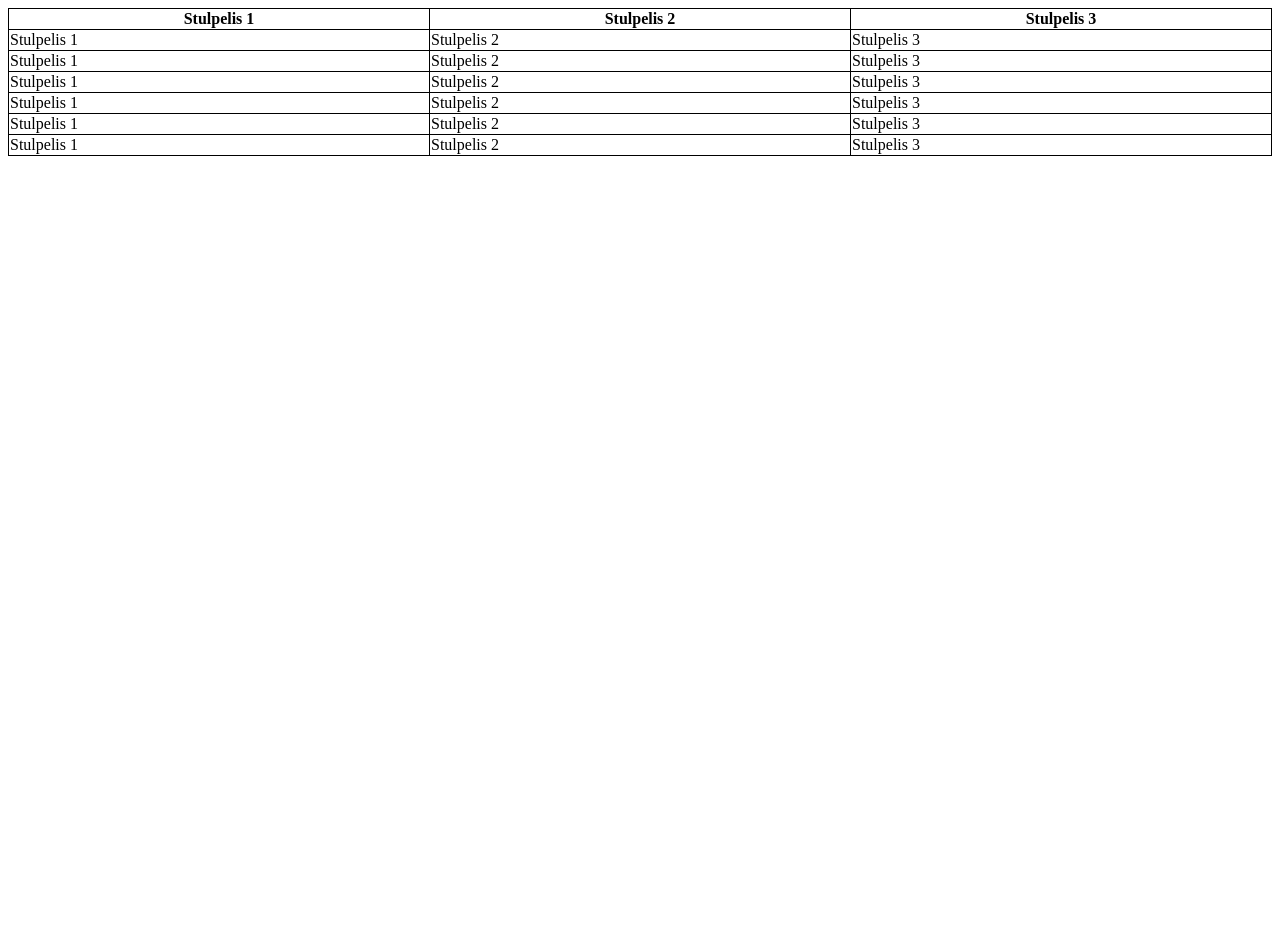
Repository: motiejus1/10-paskaita-05.31
Page: index.html
An editor plug-in stored every save of this project. The page is shown before and after the next save, followed by the edit.
The browser window is 1280 px wide. The pictures show the part of the page from y = 0 to 952 px (the page is 3164 px tall).
Backgrounds fixed to the window are drawn as part of the page.

Above is the page before, as saved 2021-06-16 19:53:34.

After the next save:
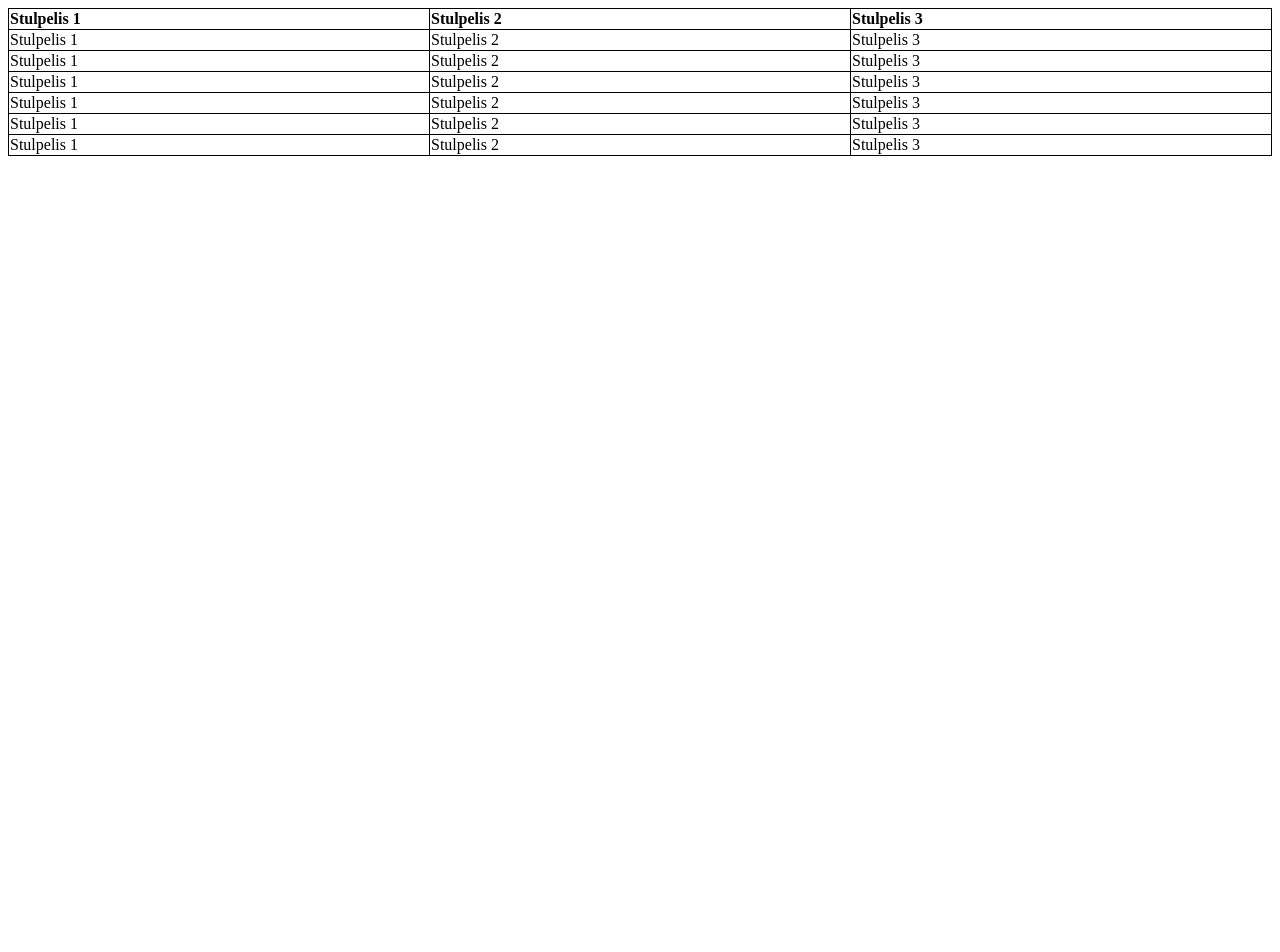
Saved 6 s later.
--- a/index.html
+++ b/index.html
@@ -63,6 +63,9 @@
             border: 1px solid black;
         }
 
+        th {
+            text-align: left;
+        }
     </style>
 </head>
 <body>
